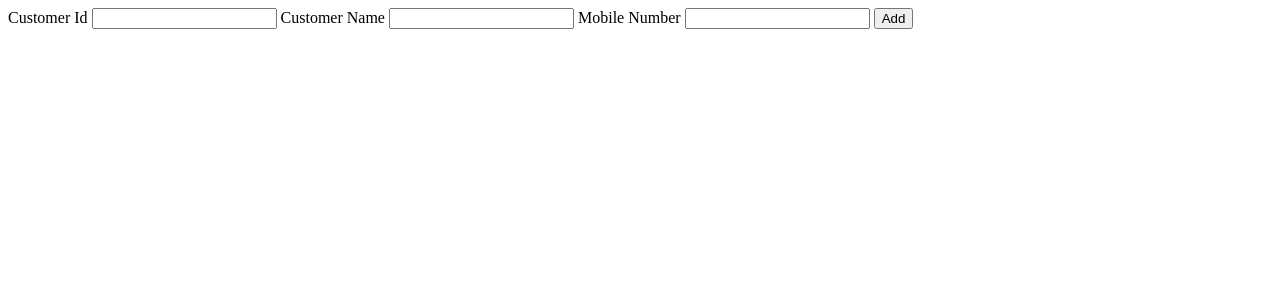
Repository: aishwarya-sankhla/JavaTraining
Page: RESTClient/WebContent/AddCutomer.html
The author's editor kept a copy of each file at every save. The page is drawn from the files as they stood at one save, then again after the next save.
The browser window is 1280 px wide. The pictures show the whole page.

Above is the page before, as saved 2018-10-09 08:54:43.

After the next save:
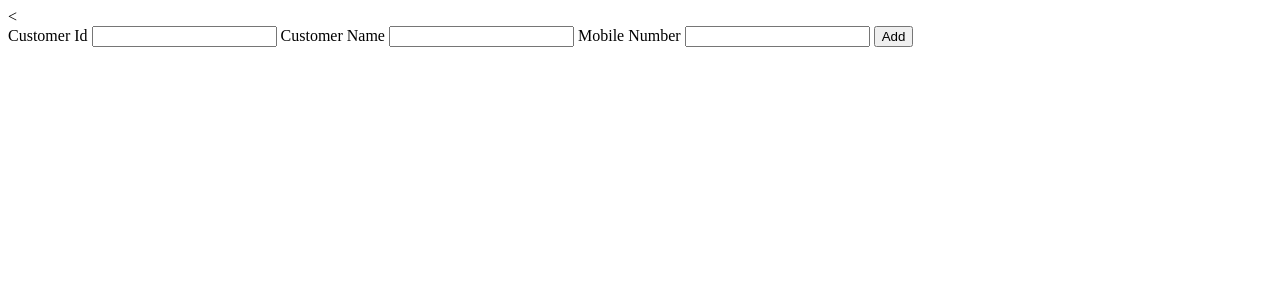
Saved 2 min 9 s later.
--- a/RESTClient/WebContent/AddCutomer.html
+++ b/RESTClient/WebContent/AddCutomer.html
@@ -4,35 +4,33 @@
 <meta charset="ISO-8859-1">
 <title>Insert title here</title>
 <script type="text/javascript" src="js/jquery1-7-2.js"></script>
-<script type="text/javascript">
+<<script type="text/javascript">
 
+	$(function(){
+		$("#addBtn").on('click',function(){
+			var id = $("#customerId").val();
+			var name = $("#customerName").val();
+			var mobile = $("#mobileNumber").val();
 
+			var obj = {"customerId":id,"customerName":name,"mobileNumber":mobile};
 
-$(function(){
-	$("#addBtn").on('click',function(){
-		var id = $("#customerId").val();
-		var name = $("#customerName").val();
-		var mobile = $("#mobileNumber").val();
+			$.ajax({
+				url:"http://10.140.0.183:8080/Restful2/rest/customer/addAsJson",
+				type:"POST",
+				dataType:"html",
+				data:JSON.stringify(obj),
+				contentType: "application/json;charset=utf-8",
+				success:function(data,textStatus,jqXHR){
+					console.log(data);
+					$("#msg").text(data);
+				},
+				error:function(jqXHR,textStatus,errorThrown){
+					console.log(errorThrown);
+				}
+			})
+		});
+	});
 
-		var obj = {"customerId":id,"customerName":name,"mobileNumber":mobile};
-
-		$.ajax({
-			url:"http://10.140.0.183:8080/Restful2/rest/customer/addAsJson",
-			type:"POST",
-			dataType:"html",
-			data:JSON.stringify(obj),
-			contentType: "application/json;charset=utf-8",
-			success:function(data,textStatus,jqXHR){
-				console.log(data);
-				$("#msg").text(data);
-			},
-			error:function(jqXHR,textStatus,errorThrown){
-				console.log(errorThrown);
-			}
-		})
-
-	});
-});
 </script>
 </head>
 <body>
